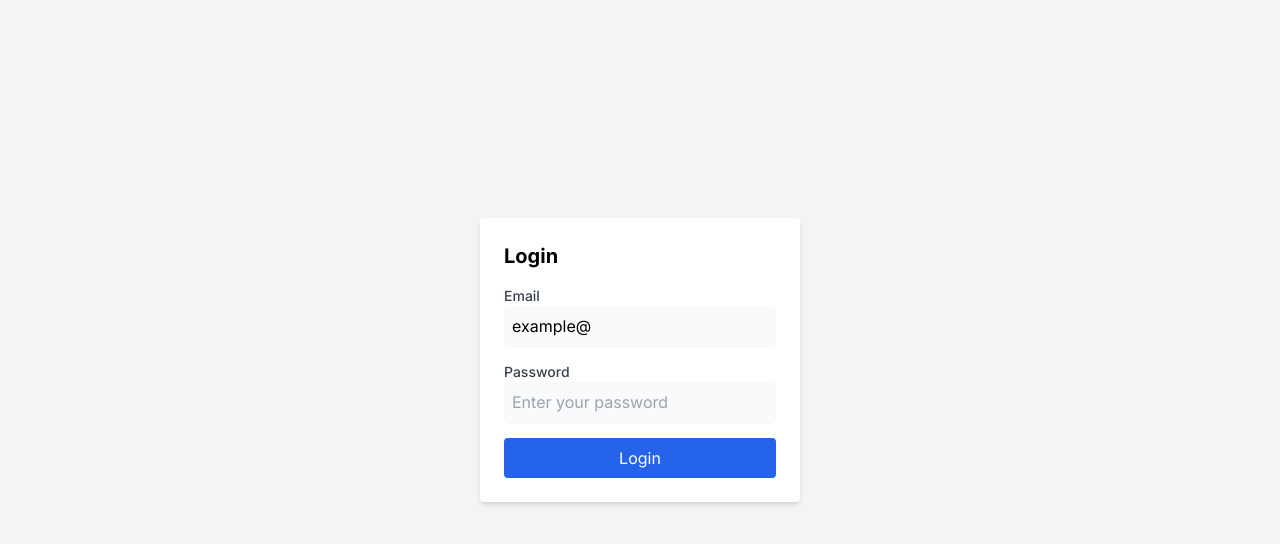
Repository: MaramMaryam/jedu
Page: /login
An editor plug-in stored every save of this project. The page is shown before and after the next save, followed by the edit.
The browser window is 1280 px wide. The pictures show the whole page.
The project was rebuilt for these pictures with package versions that can differ from the ones it lists, and the page was loaded fresh each time. The framework's server and built-in components were replaced by stand-ins that run in the browser. Also part of the build but not shown: next.config.mjs.

Above is the page before, as saved 2024-08-31 09:44:50.

### src/app/login/page.tsx
'use client'


import React from "react";
import { Formik, Form } from 'formik';
import { TextInputBox } from '../components/forms/TextInputBox';
import { loginSchema } from "./validation";

export default function Login() {
   const initVal = { email: 'example@', password: '' }
  return (
    <div className="flex items-center justify-center min-h-screen bg-gray-100">
        <Formik  initialValues={initVal}
      validationSchema={loginSchema}
      onSubmit={(values) => {
        console.log('Form data', values);
        // Handle login logic here (e.g., API call)
      }}>
{() => (
        <Form className="bg-white p-6 rounded shadow-md w-80">
          <h1 className="text-xl font-bold mb-4">Login</h1>
          <TextInputBox label="Email" name="email" type="email" placeholder="Enter your email" />
          <TextInputBox label="Password" name="password" type="password" placeholder="Enter your password" />
          <button type="submit" className="w-full bg-blue-600 text-white p-2 rounded hover:bg-blue-700">
            Login
          </button>
        </Form>
      )}
        </Formik>

  </div>
  );
}

### src/app/components/QueryClient.tsx
'use client'
import { QueryClient, QueryClientProvider } from "@tanstack/react-query"

const queryClient = new QueryClient({
    // defaultOptions: {
    //     queries: {
    //         staleTime: 0, refetchIntervalInBackground: false,
    //         refetchInterval: false, refetchOnWindowFocus: false
    //     }
    // }
    defaultOptions: {
        queries: {
        //   cacheTime: 0,
          refetchOnWindowFocus: false,
          refetchOnMount: false,
          retry: false,
        },
        mutations: {
          retryDelay: 2000,
        },
      },
})

export const ReactQueryClientProvider = ({
    children,
}: { children: React.ReactNode; }
) => (
    <QueryClientProvider client={queryClient}>
        {children}
    </QueryClientProvider>
)
// Provide the client to your App

### src/app/components/forms/TextInputBox.tsx
import { useField } from 'formik';

interface MyTextInputProps {
  label: string;
  name: string;
  type?: string;
  placeholder?: string;
  id?: string
}

export const TextInputBox: React.FC<MyTextInputProps> = ({ label, ...props }) => {
  const [field, meta] = useField(props);

  return (
    <div className="mb-4 border-gray-950">
      <label htmlFor={props.id || props.name} className="block text-sm font-medium text-gray-700">
        {label}
      </label>
      <input
        className={`shadow-sm bg-gray-50 dark:bg-gray-200 dark:border-gray-600
            dark:placeholder-gray-400 px-2 py-2 dark:focus:ring-blue-500
            dark:focus:border-blue-500 focus:ring-indigo-500 focus:border-indigo-500 block w-full h-auto
             border-white rounded-md ${
          meta.touched && meta.error ? 'border-red-500' : ''
        }`}
        {...field}
        {...props}
      />
      {meta.touched && meta.error ? (
        <div className="text-red-500 text-sm">{meta.error}</div>
      ) : null}
    </div>
  );
};

### src/app/login/validation.ts
import * as Yup from 'yup';

export const loginSchema = Yup.object().shape({
  email: Yup.string()
    .email('Invalid email address')
    .required('Required'),
  password: Yup.string()
    .min(6, 'Password must be at least 6 characters')
    .required('Required'),
});

Loaded but not shown: src/app/layout.tsx (common file); src/app/globals.css (common file); tailwind.config.ts (common file)

After the next save:
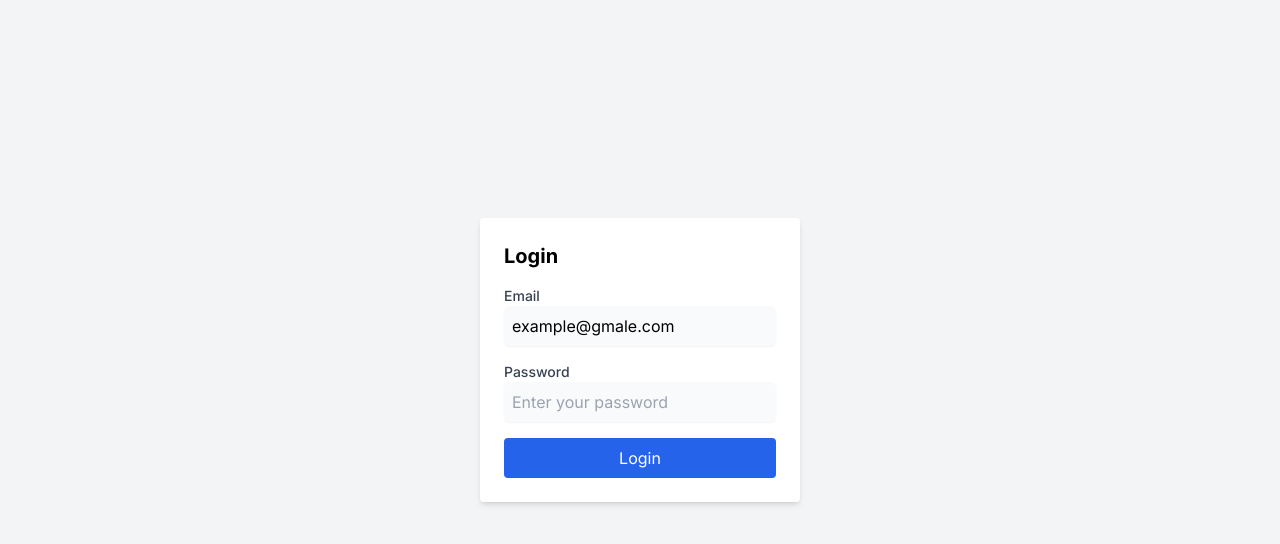
Saved 4 s later.
--- a/src/app/login/page.tsx
+++ b/src/app/login/page.tsx
@@ -7,7 +7,7 @@ import { TextInputBox } from '../components/forms/TextInputBox';
 import { loginSchema } from "./validation";
 
 export default function Login() {
-   const initVal = { email: 'example@', password: '' }
+   const initVal = { email: 'example@gmale.com', password: '' }
   return (
     <div className="flex items-center justify-center min-h-screen bg-gray-100">
         <Formik  initialValues={initVal}
